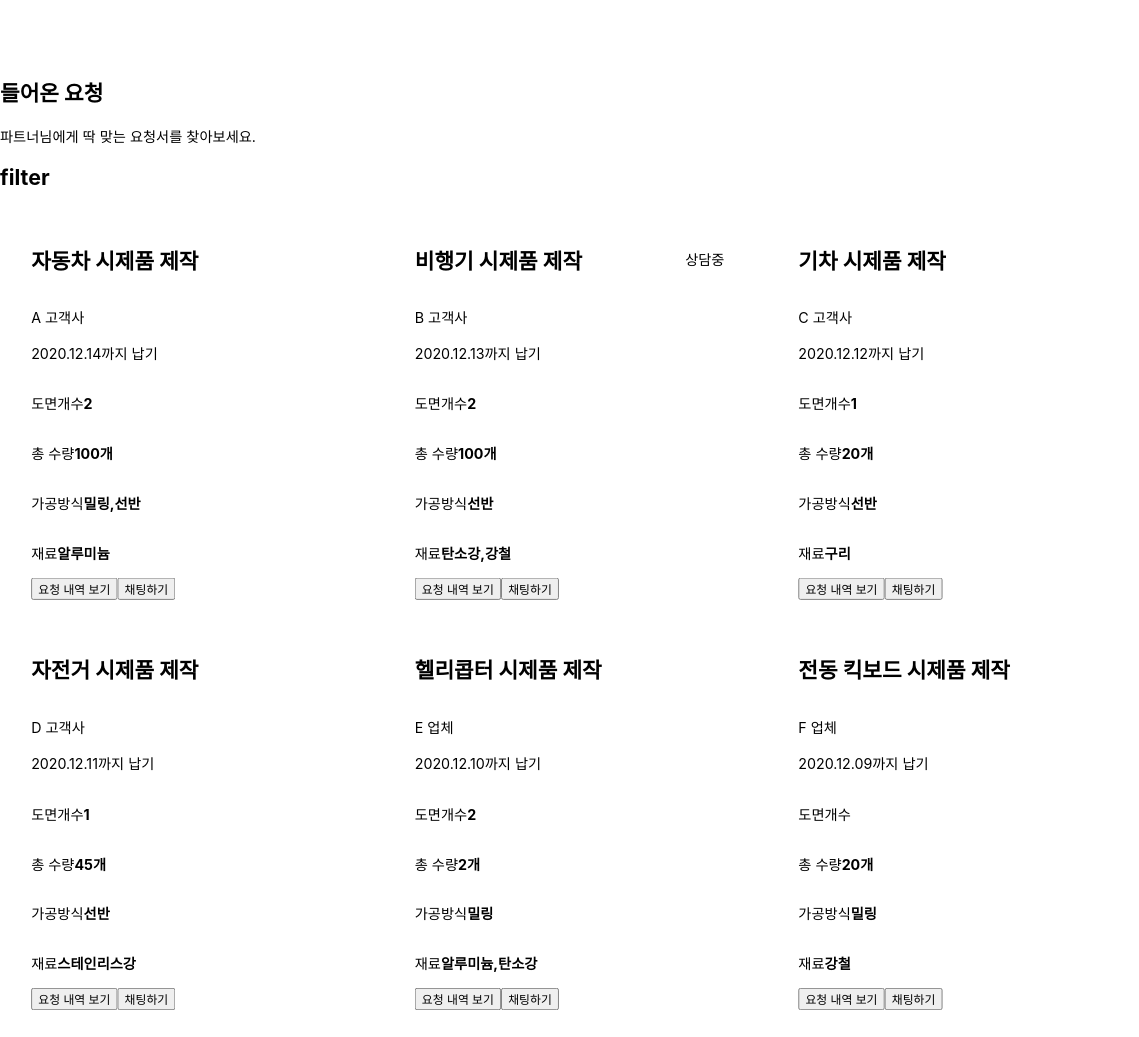
Repository: seoulsaram/capa
Page: /
These files come from the project's save history. The page is drawn as it stood at one moment and after the next save; the edit follows.
The browser window is 1280 px wide. The pictures show the whole page, at 89% of full size.
The project was rebuilt for these pictures with package versions that can differ from the ones it lists, and the page was loaded fresh each time. Requests to the local data server were answered from the project's data file. Also part of the build but not shown: src/App.css, src/components/filter/filter.module.css, src/components/item_container/item_container.module.css.

Above is the page before, as saved 2021-03-05 22:07:44.

### public/index.html
<!DOCTYPE html>
<html lang="en">
  <head>
    <meta charset="utf-8" />
    <link rel="icon" href="%PUBLIC_URL%/favicon.ico" />
    <meta name="viewport" content="width=device-width, initial-scale=1" />
    <meta name="theme-color" content="#000000" />
    <meta name="description" content="Web site created using create-react-app" />

    <title>React App</title>
  </head>
  <body>
    <noscript>You need to enable JavaScript to run this app.</noscript>
    <div id="root"></div>
  </body>
</html>

### src/index.js
import React from "react";
import ReactDOM from "react-dom";
import "./index.css";
import App from "./app";
import RequestInfo from "./service/request_info";

const requestInfo = new RequestInfo();

ReactDOM.render(
  <React.StrictMode>
    <App requestInfo={requestInfo} />
  </React.StrictMode>,
  document.getElementById("root")
);

### src/App.js
import "./app.css";
import Header from "./components/header/header";
import ItemContainer from "./components/item_container/item_container";
import RequestBox from "./components/request_box/request_box";

function App({ requestInfo }) {
  return (
    <div>
      <Header />
      <ItemContainer requestInfo={requestInfo} />
    </div>
  );
}

export default App;

### src/service/request_info.js
class RequestInfo {
  constructor() {
    this.getrequestOptions = {
      method: "GET",
    };
  }

  async getInfo() {
    const response = await fetch("http://localhost:3002/requests", this.getrequestOptions);
    const res = await response.json();
    return res;
  }
}

export default RequestInfo;

### src/components/header/header.js
import React, { memo } from "react";
import styles from "./header.module.css";

const Header = (props) => (
  <div className={styles.header}>
    <div className={styles.headerLeft}>
      <p>CAPA</p>
      <p>파트너스</p>
    </div>
    <div className={styles.headerRight}>
      <p>A가공업체</p>
      <div className={styles.line}></div>
      <p>로그아웃</p>
    </div>
  </div>
);

export default Header;

### src/components/item_container/item_container.js
import React, { useEffect, useState } from "react";
import Filter from "../filter/filter";
import RequestBox from "../request_box/request_box";
import styles from "./item_container.module.css";

const ItemContainer = ({ requestInfo }) => {
  const [reqInfo, setReqInfo] = useState([]);

  useEffect(() => {
    requestInfo.getInfo().then((info) => setReqInfo(info));
  }, [requestInfo]);

  return (
    <section className={styles.section}>
      <h2>들어온 요청</h2>
      <p>파트너님에게 딱 맞는 요청서를 찾아보세요.</p>
      <Filter reqInfo={reqInfo} />
      <RequestBox reqInfo={reqInfo} />
    </section>
  );
};

export default ItemContainer;

### src/components/request_box/request_box.jsx
import React from "react";
import styles from "./request_box.module.css";

const RequestBox = ({ reqInfo }) => {
  return (
    <ul className={styles.cards}>
      {reqInfo.map((info) => (
        <div key={info.id} className={styles.card}>
          <div className={styles.top}>
            <div className={styles.titleContainer}>
              <h2>{info.title}</h2>
              {info.status === "상담중" && <div className={styles.status}>{info.status}</div>}
            </div>
            <p>{info.client}</p>
            <p>{info.due}까지 납기</p>
          </div>
          <div className={styles.line}></div>
          <div className={styles.bottom}>
            <p>
              도면개수<b>{info.count}</b>
            </p>
            <p>
              총 수량<b>{info.amount}개</b>
            </p>
            <p>
              가공방식<b>{info.method.join(",")}</b>
            </p>
            <p>
              재료<b>{info.material.join(",")}</b>
            </p>
          </div>
          <div className={styles.btnContainer}>
            <button>요청 내역 보기</button>
            <button>채팅하기</button>
          </div>
        </div>
      ))}
    </ul>
  );
};

export default RequestBox;

// {
//     "id": 1,
//     "title": "자동차 시제품 제작",
//     "client": "A 고객사",
//     "due": "2020.12.14",
//     "count": 2,
//     "amount": 100,
//     "method": ["밀링", "선반"],
//     "material": ["알루미늄"],
//     "status": "대기중"
//   },

### src/components/header/header.module.css
@value MakeBlue from '../../common/color.css';

.header {
  display: flex;
  justify-content: space-between;
  padding: 5px 20px;
  background-color: MakeBlue;
  color: white;
}

.headerLeft {
  display: flex;
  align-items: center;
}

.headerRight {
  display: flex;
  align-items: center;
}

.line {
  width: 2px;
  height: 50%;
  background-color: white;
  margin: 0px 14px;
}

### src/components/filter/filter.js
import React from "react";
import styles from "./filter.module.css";

const Filter = ({ requestInfo }) => <h1>filter</h1>;

export default Filter;

### src/components/request_box/request_box.module.css
@value MakeBlue,MakeBlack,MakeLightBlue,MakeGrey,MakeLightGrey,MakeYellow from '../../common/color.css';
* {
  box-sizing: border-box;
}
.cards {
  display: flex;
  justify-content: space-between;
  flex-wrap: wrap;
  margin: 10px;
}

ul {
  margin: 0;
  padding: 0;
}

.card {
  width: 30%;
  border: 1px solid MakeLightGrey;
  border-radius: 3px;
  padding: 10px 15px;
  margin: 10px;
}

.card:hover {
  border: 1px solid MakeLightBlue;
}

.titleContainer {
  display: flex;
  align-items: center;
  justify-content: space-between;
}

.line {
  width: 90%;
  height: 1px;
  background-color: MakeLightGrey;
}

.bottom {
  display: flex;
  flex-direction: column;
}

### db.json
{
  "requests": [
    {
      "id": 1,
      "title": "자동차 시제품 제작",
      "client": "A 고객사",
      "due": "2020.12.14",
      "count": 2,
      "amount": 100,
      "method": ["밀링", "선반"],
      "material": ["알루미늄"],
      "status": "대기중"
    },
    {
      "id": 2,
      "title": "비행기 시제품 제작",
      "client": "B 고객사",
      "due": "2020.12.13",
      "count": 2,
      "amount": 100,
      "method": ["선반"],
      "material": ["탄소강", "강철"],
      "status": "상담중"
    },
    {
      "id": 3,
      "title": "기차 시제품 제작",
      "client": "C 고객사",
      "due": "2020.12.12",
      "count": 1,
      "amount": 20,
      "method": ["선반"],
      "material": ["구리"],
      "status": "대기중"
    },
    {
      "id": 4,
      "title": "자전거 시제품 제작",
      "client": "D 고객사",
      "due": "2020.12.11",
      "count": 1,
      "amount": 45,
      "method": ["선반"],
      "material": ["스테인리스강"],
      "status": "대기중"
    },
    {
      "id": 5,
      "title": "헬리콥터 시제품 제작",
      "client": "E 업체",
      "due": "2020.12.10",
      "count": 2,
      "amount": 2,
      "method": ["밀링"],
      "material": ["알루미늄", "탄소강"],
      "status": "대기중"
    },
    {
      "id": 6,
      "title": "전동 킥보드 시제품 제작",
      "client": "F 업체",
      "due": "2020.12.09",
      "docs": 1,
      "amount": 20,
      "method": ["밀링"],
      "material": ["강철"],
      "status": "대기중"
    }
  ]
}

Loaded but not shown: src/index.css (common file)

After the next save:
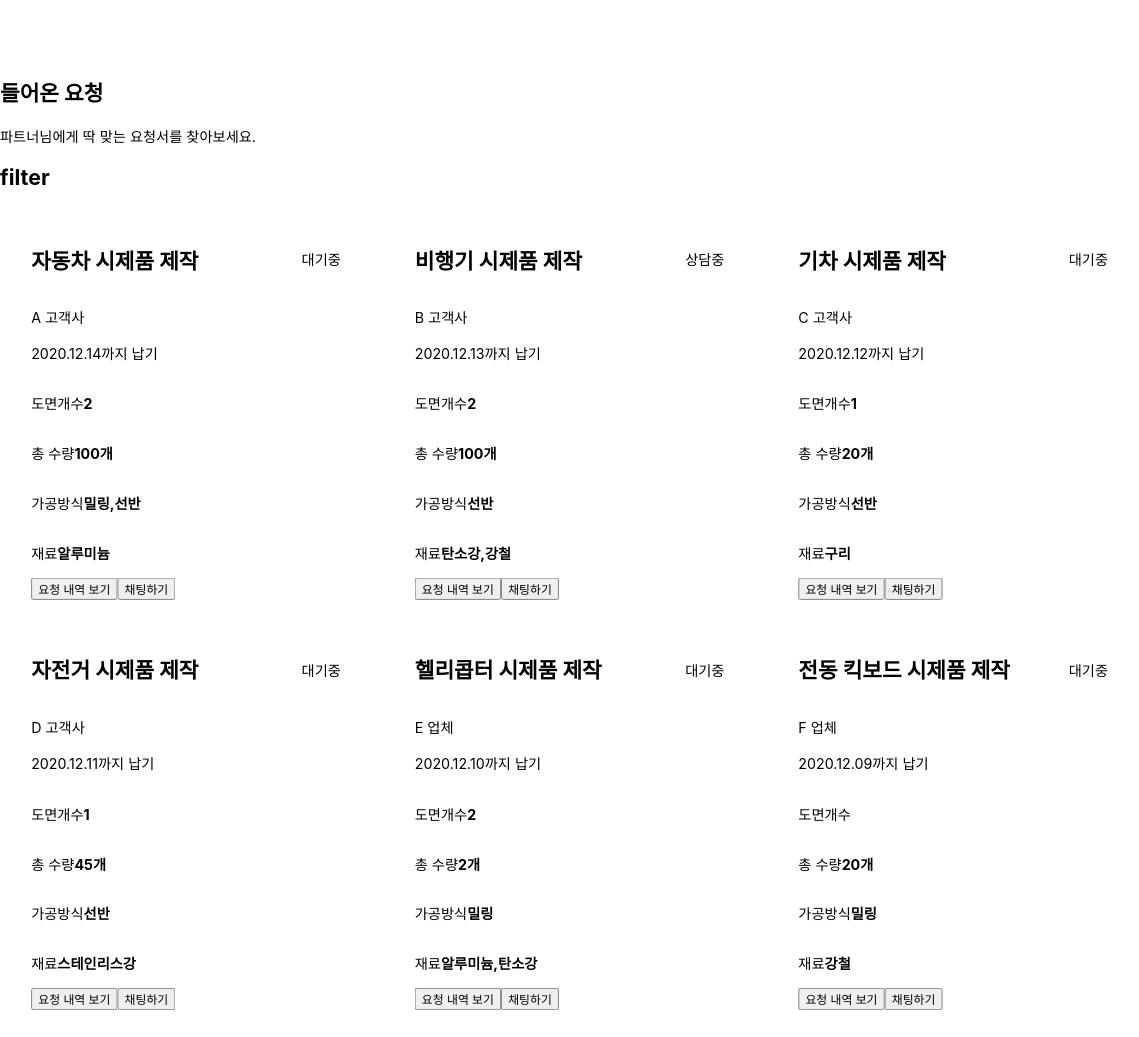
Saved 3 min 48 s later.
--- a/src/components/request_box/request_box.jsx
+++ b/src/components/request_box/request_box.jsx
@@ -9,7 +9,9 @@
           <div className={styles.top}>
             <div className={styles.titleContainer}>
               <h2>{info.title}</h2>
-              {info.status === "상담중" && <div className={styles.status}>{info.status}</div>}
+              <div className={styles.status} color={info.status === "상담중" && "MakeYellow"}>
+                {info.status}
+              </div>
             </div>
             <p>{info.client}</p>
             <p>{info.due}까지 납기</p>

After the save that followed:
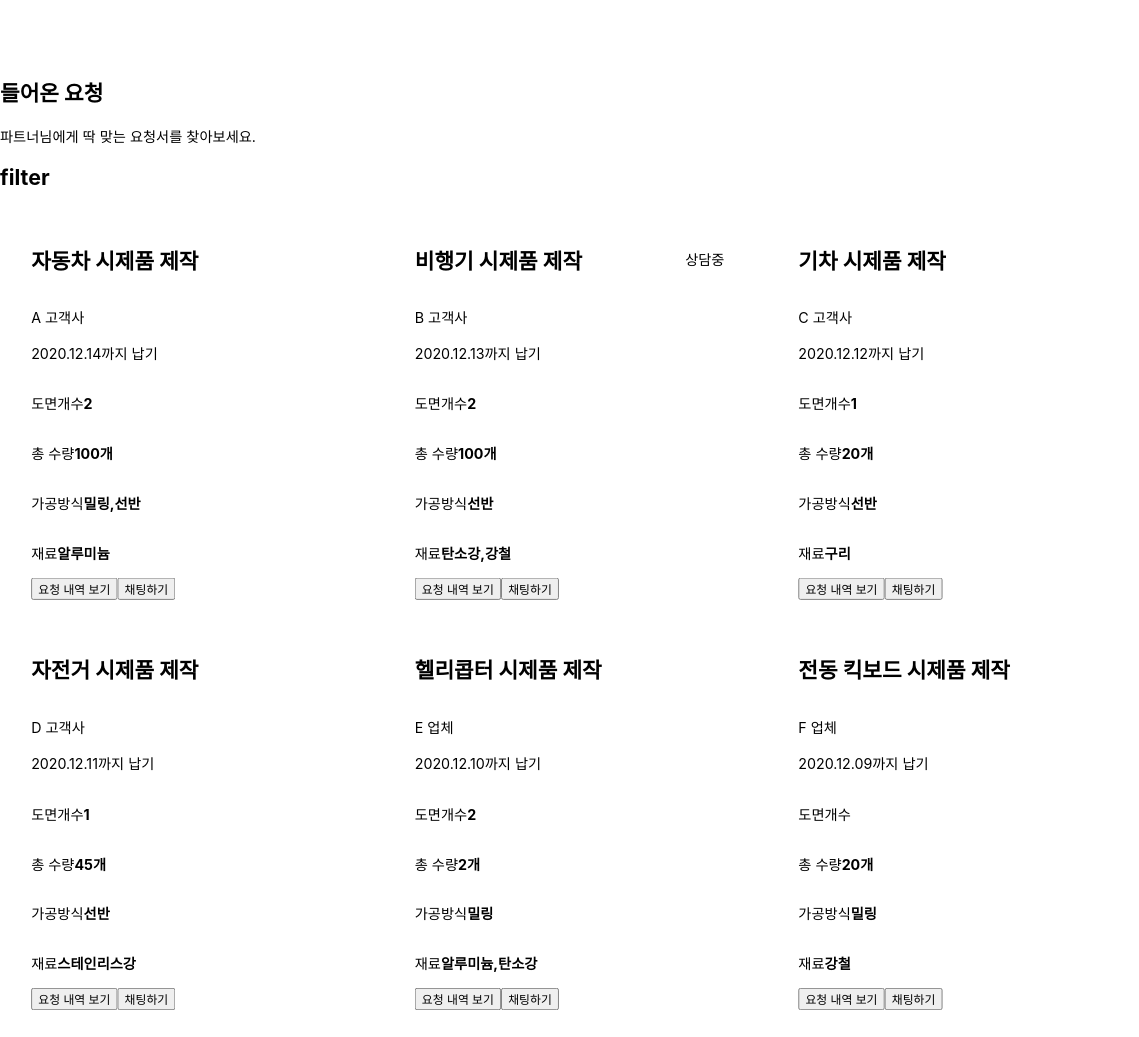
Saved 37 s later.
--- a/src/components/request_box/request_box.jsx
+++ b/src/components/request_box/request_box.jsx
@@ -9,9 +9,7 @@
           <div className={styles.top}>
             <div className={styles.titleContainer}>
               <h2>{info.title}</h2>
-              <div className={styles.status} color={info.status === "상담중" && "MakeYellow"}>
-                {info.status}
-              </div>
+              {info.status === "상담중" && <div className={styles.status}>{info.status}</div>}
             </div>
             <p>{info.client}</p>
             <p>{info.due}까지 납기</p>
